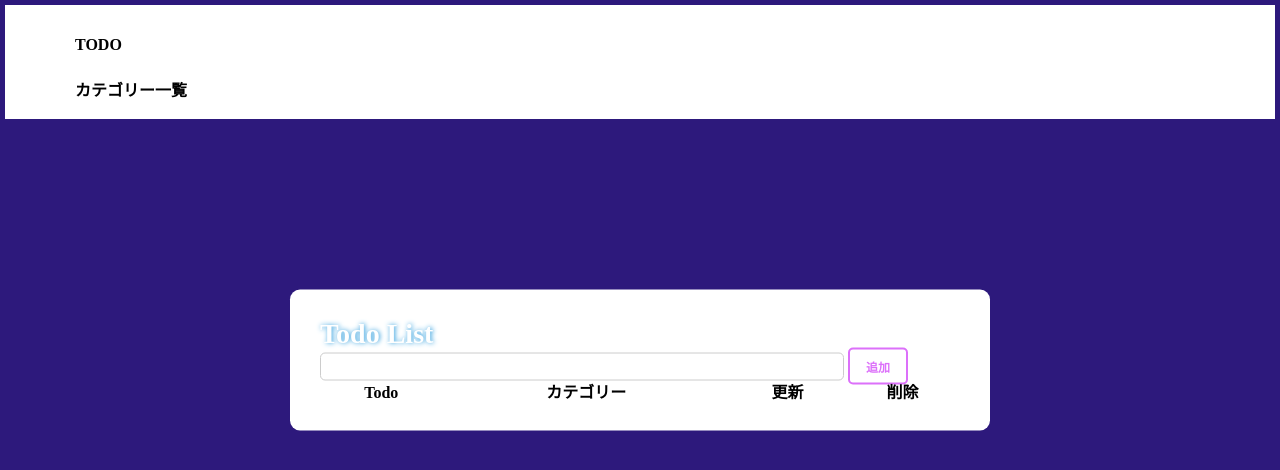
Repository: azuma2/cate
Page: http://localhost/
The author's editor kept a copy of each file at every save. The page is drawn from the files as they stood at one save, then again after the next save.
The browser window is 1280 px wide. The pictures show the whole page.
The page is served by the project's Laravel application, run on PHP 8.4 with Laravel 8. Other server files are loaded and not shown. Queries for data that is not in the repository find no rows.

Above is the page before, as saved 2022-05-17 02:53:48.

### routes/web.php
<?php

use Illuminate\Support\Facades\Route;
use App\Http\Controllers\TodoController;
use App\Http\Controllers\CateController;


Route::get('/', [TodoController::class, 'index']);
Route::post('/todo/create', [TodoController::class, 'create']);
Route::post('/todo/update', [TodoController::class, 'update']);
Route::post('/todo/delete', [TodoController::class, 'remove']);
Route::post('/todo/search', [TodoController::class, 'search']);
Route::post('/cate/create', [CateController::class, 'post']);
Route::post('/cate/update', [CateController::class, 'update']);
Route::post('/cate/delete', [CateController::class, 'remove']);
Route::post('/cate/search', [CateController::class, 'search']);

### app/Http/Controllers/TodoController.php
<?php

namespace App\Http\Controllers;

use App\Models\Todo;
use App\Models\Cate;
use Illuminate\Http\Request;
use Illuminate\Support\Facades\DB;

class TodoController extends Controller
{
    public function index()
    {
        $items = Todo::all();
        $items = DB::select('select * from todos');

        return view('index', ['items' => $items]);
    }

    public function create(Request $request)
    {
        $param = ['content' => $request->content,];
        $this->validate($request, Todo::$rules);

        DB::insert('insert into todos (content) values (:content)', $param);
        return redirect('/');
    }

    public function update(Request $request)
    {
         $param = [
            'id' => $request->id,
            'content' => $request->content,

        ];
        $this->validate($request, Todo::$rules);
        DB::update('update todos set content =:content where id =:id', $param);
        return redirect('/');
    }

    public function remove(Request $request)
    {
        $param = ['id' => $request->id];
        DB::delete('delete from todos where id =:id', $param);
        return redirect('/');
    }

}

### app/Models/todo.php
<?php


namespace App\Models;

use Illuminate\Database\Eloquent\Factories\HasFactory;
use Illuminate\Database\Eloquent\Model;
use App\Models\Cate;

class Todo extends Model
{
    use HasFactory;

    protected $fillable = ['cate_id', 'content'];

    public static $rules = array(
        'cate_id' => 'text',
        'content' => 'required|max:20',
    );

    public function cate(){
        return $this->belongsTo('App\Models\cate');
    }


}

### resources/views/index.blade.php
<!DOCTYPE html>
<html lang="ja">
<head>
    <meta charset="UTF-8">
    <meta http-equiv="X-UA-Compatible" content="IE=edge">
    <meta name="viewport" content="width=device-width, initial-scale=1.0">
    <link rel="stylesheet" href="{{ asset('\resources\views\reset.css') }}" >
    <title>@yield('title')</title>
    <style>
    body {
      font-size:16px;
      margin: 5px;
      background-color: #2d197c;
    }


header{
  padding-right:50px;
  padding-left:50px;
  padding-top:20px;
  position: sticky;
  left: 0;
  top: 0;
  background: #fff;
}
.head {
  justify-content: space-between;
  display: flex;
  font-weight: bolder;
  position: sticky;
  bottom: 0;
}

.head1{
  padding: 10px;
  margin: 10px;
}

.head2{
  padding: 10px;
  margin: 10px;
}

ul{
  list-style: none;
  margin-top: -8px;
}

    td {
      padding: 5px 10px;
      text-align: center;
    }

    .narabe{
      display:flex;
      flex-flow: column;
    }

    .button {
    text-align: left;
    border: 2px solid #dc70fa;
    font-size: 12px;
    color: #dc70fa;
    background-color: #fff;
    font-weight: bold;
    padding: 8px 16px;
    border-radius: 5px;
    cursor: pointer;
    transition: 0.4s;
    outline: none;
}
.input-add {
    width: 80%;
    padding: 5px;
    border-radius: 5px;
    border: 1px solid #ccc;
    appearance: none;
    font-size: 14px;
    outline: none;
}
.input-update {
    width: 90%;
    padding: 5px;
    border-radius: 5px;
    border: 1px solid #ccc;
    appearance: none;
    font-size: 14px;
    outline: none;
}
    .card {
    background-color: #fff;
    width: 50vw;
    padding: 30px;
    position: absolute;
    top: 50%;
    left: 50%;
    transform: translate(-50%, -50%);
    border-radius: 10px;
}
    h2 {
      font-size:28px;
      color:white;
      text-shadow:1px 0 5px #289ADC;
      margin-left: 1px;
      margin: 0;
    }
    .content {
      margin:10px;
    }
    </style>
  </head>
  <body>
  <header>
    <div class="head">
      <ul>
        <li class="head1">TODO</li>
        <li class="head2">カテゴリー一覧</li>
      </ul>
    </div>
  </header>
  <div class="container">
    <div class="card">
      <h2 class="title">Todo List</h2>
            <div class="todo">
              @if ($errors->has('content'))
                  <tr>
                    <th>ERROR</th>
                  <td>
                  {{$errors->first('content')}}
                </td>
            </tr>
          @endif
        <form action="/todo/create" method="post">
            @csrf
          <input type="text" class="input-add" name="content">
          <input class="button" type="submit" value="追加" />
        </form>
          <div class="narabe">
        <table>
            @csrf
          <tr>
            <th>Todo</th>
            <th>カテゴリー</th>
            <th>更新</th>
            <th>削除</th>
          </tr>

                    <tr>
            @foreach ($items as $item)

            <td>

            </td>

            <form action="/todo/update" method="post">
              @csrf
              <td>
                <input type="text" class="input-update" value="{{$item->content}}" name="content" />
              </td>
              <td>
                <input type="hidden"  name="id" value="{{$item->id}}">
                <input class="button" type="submit" value="更新" >
              </td>
            </form>
            <td>
              <form action="/todo/delete" method="post" >
                    @csrf
                <input  type="hidden" name="id" value="{{$item->id}}" >
                <input class="button" type="submit" value="削除" >
              </form>
            </td>
            </div>
          </tr>
          @endforeach
        </table>
      </div>
    </div>
  </div>
  </div>

</body>
</html>

### resources/views/reset.css
/*
html5doctor.com Reset Stylesheet
v1.6.1
Last Updated: 2010-09-17
Todo: Richard Clark - http://richclarkdesign.com
Twitter: @rich_clark
*/

html, body, div, span, object, iframe,
h1, h2, h3, h4, h5, h6, p, blockquote, pre,
abbr, address, cite, code,
del, dfn, em, img, ins, kbd, q, samp,
small, strong, sub, sup, var,
b, i,
dl, dt, dd, ol, ul, li,
fieldset, form, label, legend,
table, caption, tbody, tfoot, thead, tr, th, td,
article, aside, canvas, details, figcaption, figure,
footer, header, hgroup, menu, nav, section, summary,
time, mark, audio, video {
    margin:0;
    padding:0;
    border:0;
    outline:0;
    font-size:100%;
    vertical-align:baseline;
    background:transparent;
}

body {
    line-height:1;
}

article,aside,details,figcaption,figure,
footer,header,hgroup,menu,nav,section {
    display:block;
}

nav ul {
    list-style:none;
}

blockquote, q {
    quotes:none;
}

blockquote:before, blockquote:after,
q:before, q:after {
    content:'';
    content:none;
}

a {
    margin:0;
    padding:0;
    font-size:100%;
    vertical-align:baseline;
    background:transparent;
}

/* change colours to suit your needs */
ins {
    background-color:#ff9;
    color:#000;
    text-decoration:none;
}

/* change colours to suit your needs */
mark {
    background-color:#ff9;
    color:#000;
    font-style:italic;
    font-weight:bold;
}

del {
    text-decoration: line-through;
}

abbr[title], dfn[title] {
    border-bottom:1px dotted;
    cursor:help;
}

table {
    border-collapse:collapse;
    border-spacing:0;
}

/* change border colour to suit your needs */
hr {
    display:block;
    height:1px;
    border:0;
    border-top:1px solid #cccccc;
    margin:1em 0;
    padding:0;
}

input, select {
    vertical-align:middle;
}

Loaded but not shown: app/Http/Controllers/Controller.php (common file)

After the next save:
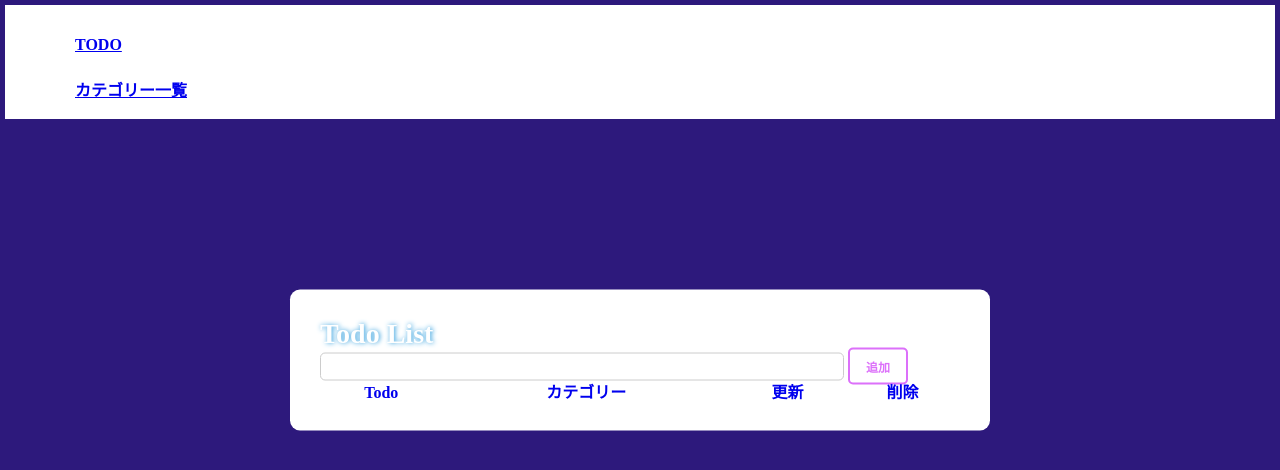
Saved 3 min 1 s later.
--- a/resources/views/index.blade.php
+++ b/resources/views/index.blade.php
@@ -113,7 +113,7 @@ ul{
   <header>
     <div class="head">
       <ul>
-        <li class="head1">TODO</li>
+        <li class="head1"><a href="index.html">TODO</li>
         <li class="head2">カテゴリー一覧</li>
       </ul>
     </div>
